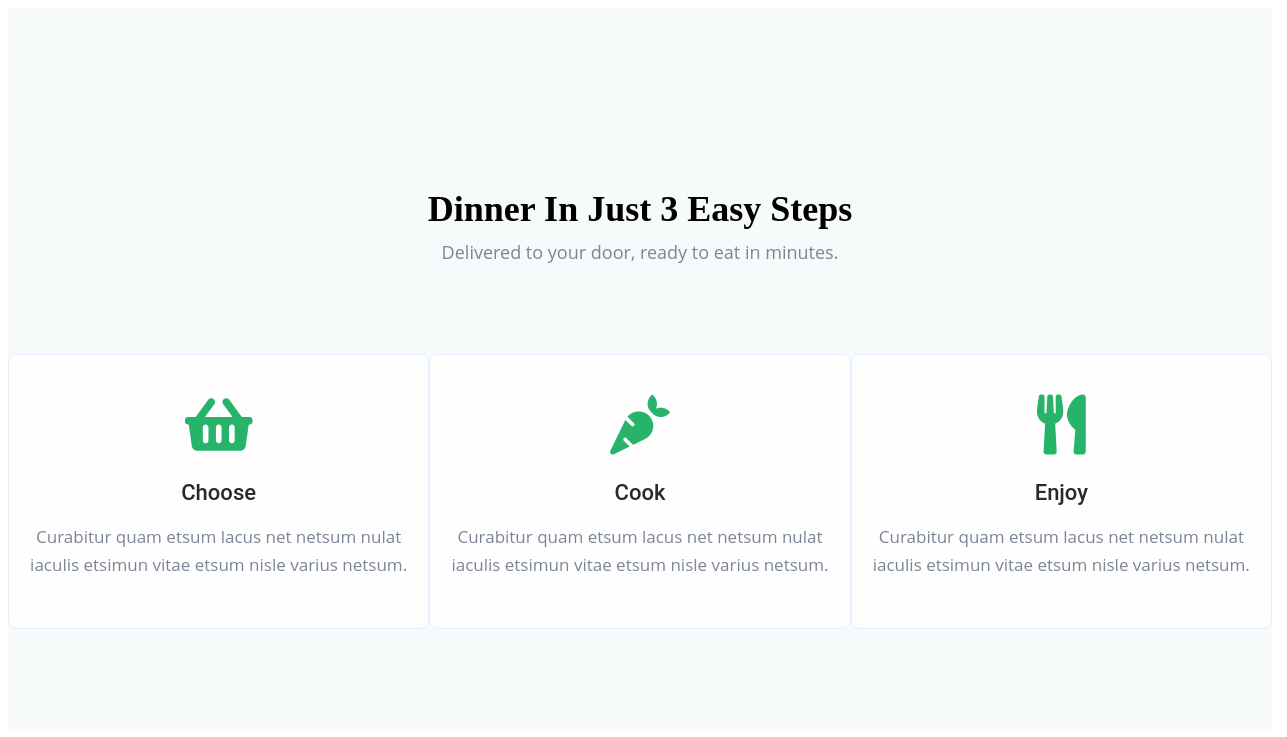
Repository: ST-United-Internship/leadpage
Page: wrapper-UI.html
The author's editor kept a copy of each file at every save. The page is drawn from the files as they stood at one save, then again after the next save.
The browser window is 1280 px wide. The page is 1287 px wide, then 1280 px, so the pictures cover 1287 px, including what lies to the right of the window. The pictures show the whole page.

Above is the page before, as saved 2023-03-15 14:25:19.

After the next save:
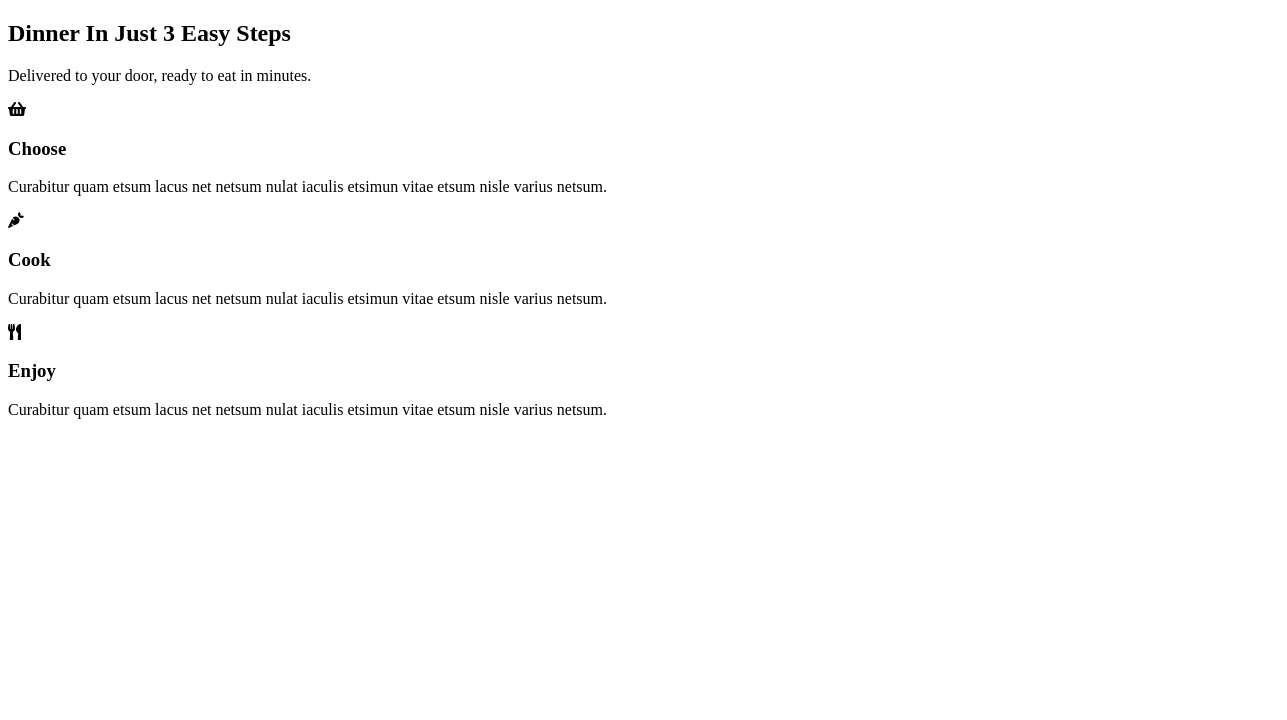
Saved 9 s later.
--- a/wrapper-UI.html
+++ b/wrapper-UI.html
@@ -5,7 +5,7 @@
     <meta http-equiv="X-UA-Compatible" content="IE=edge">
     <meta name="viewport" content="width=device-width, initial-scale=1.0">
     <title>Document</title>
-    <link rel="stylesheet" href="css/wrapper-UI.css">
+    <link rel="stylesheet" href="css/card-UI.css">
     <link rel="stylesheet" href="css/common.css">
     <link rel="stylesheet" href="https://use.fontawesome.com/releases/v5.15.4/css/all.css" integrity="sha384-DyZ88mC6Up2uqS4h/KRgHuoeGwBcD4Ng9SiP4dIRy0EXTlnuz47vAwmeGwVChigm" crossorigin="anonymous"/>
 </head>
